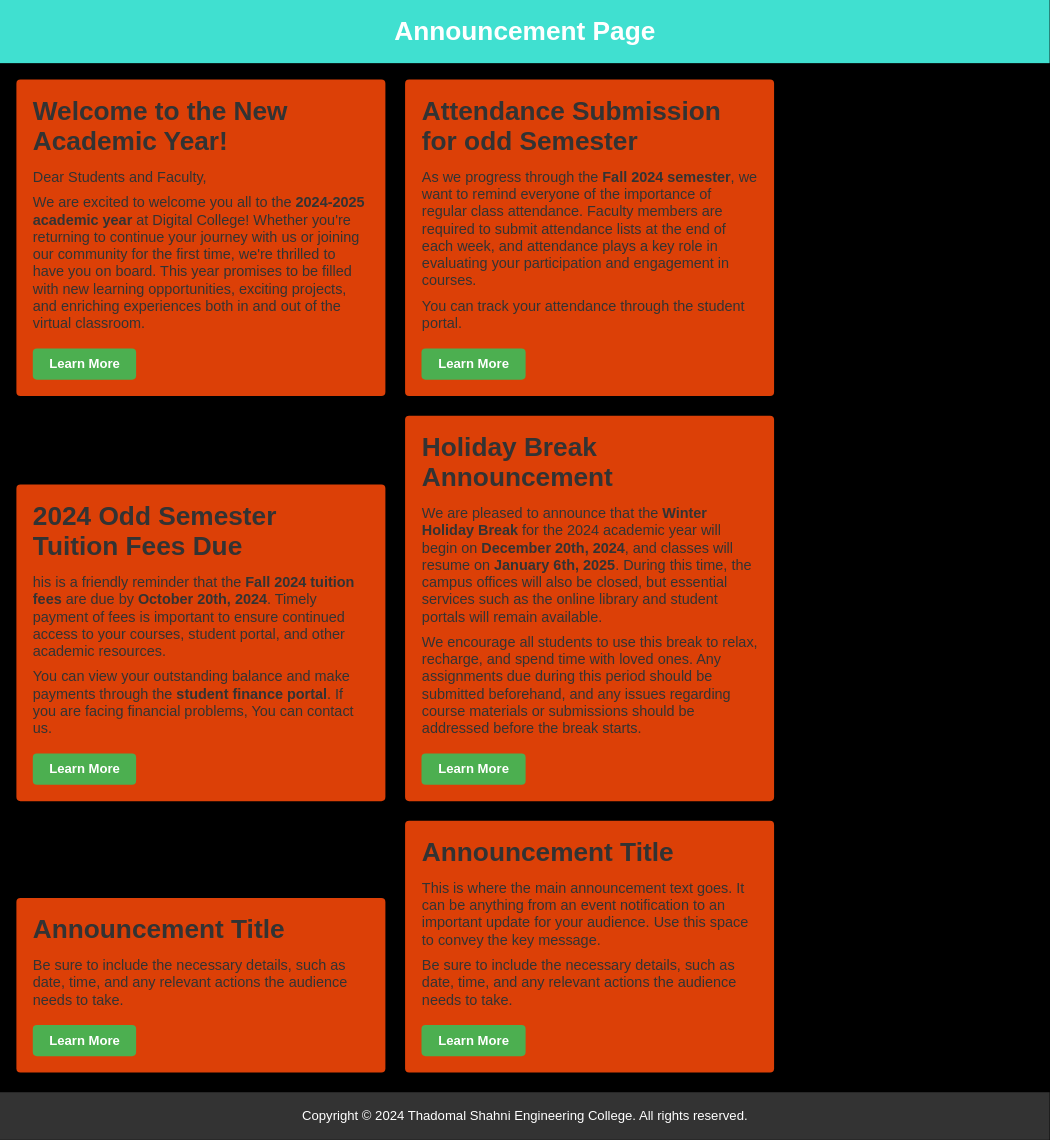
Repository: TejasS1233/MINITHON-hackathon-project
Page: annoucementpage.html
The author's editor kept a copy of each file at every save. The page is drawn from the files as they stood at one save, then again after the next save.
The browser window is 1280 px wide. The pictures show the whole page, at 82% of full size.

Above is the page before, as saved 2024-09-20 09:54:01.

### annoucementpage.html
<!DOCTYPE html>
<html lang="en">
<head>
    <meta charset="UTF-8">
    <meta name="viewport" content="width=device-width, initial-scale=1.0">
    <meta http-equiv="X-UA-Compatible" content="ie=edge">
    <title>Announcement Page</title>
    <link rel="stylesheet" href="styles.css">
</head>
<body>

    <div class = "announcement-heading">
        <h1>Announcement Page</h1>
    </div>

    <div class="announcement-grid">
    <div class="announcement">
        <h2>Welcome to the New Academic Year!</h2>
        <p>
            Dear Students and Faculty,
        </p>
        <p>
            We are excited to welcome you all to the <strong>2024-2025 academic year</strong> at Digital College!
        Whether you're returning to continue your journey with us or joining our community for the first time,
        we're thrilled to have you on board. This year promises to be filled with new learning opportunities,
        exciting projects, and enriching experiences both in and out of the virtual classroom.
        </p>
        <a href="#" class="cta-button">Learn More</a>
    </div>
    <div class="announcement">
        <h2>Attendance Submission for odd Semester</h2>
        <p>
            As we progress through the <strong>Fall 2024 semester</strong>, we want to remind everyone of the importance of
            regular class attendance. Faculty members are required to submit attendance lists at the end of each week,
            and attendance plays a key role in evaluating your participation and engagement in courses.
        </p>
        <p>
            You can track your attendance through the student portal.
        </p>
        <a href="#" class="cta-button">Learn More</a>
    </div>
    <div class="announcement">
        <h2>2024 Odd Semester Tuition Fees Due</h2>
        <p>
            his is a friendly reminder that the <strong>Fall 2024 tuition fees</strong> are due by <strong>October 20th, 2024</strong>.
            Timely payment of fees is important to ensure continued access to your courses, student portal, and other academic resources.
        </p>
        <p>
            You can view your outstanding balance and make payments through the <strong>student finance portal</strong>. If you are facing financial problems, You can contact us.
        </p>
        <a href="#" class="cta-button">Learn More</a>
    </div>
    <div class="announcement">
        <h2>Holiday Break Announcement</h2>
        <p>
            We are pleased to announce that the <strong>Winter Holiday Break</strong> for the 2024 academic year
        will begin on <strong>December 20th, 2024</strong>, and classes will resume on <strong>January 6th, 2025</strong>.
        During this time, the campus offices will also be closed, but essential services such as the online library
        and student portals will remain available.
        </p>
        <p>
            We encourage all students to use this break to relax, recharge, and spend time with loved ones.
        Any assignments due during this period should be submitted beforehand, and any issues regarding course materials
        or submissions should be addressed before the break starts.
        </p>
        <a href="#" class="cta-button">Learn More</a>
    </div>
    <div class="announcement">
        <h2>Announcement Title</h2>
        <p>

        </p>
        <p>
            Be sure to include the necessary details, such as date, time, and any relevant actions the
            audience needs to take.
        </p>
        <a href="#" class="cta-button">Learn More</a>
    </div>
    <div class="announcement">
        <h2>Announcement Title</h2>
        <p>
            This is where the main announcement text goes. It can be anything from an event notification to
            an important update for your audience. Use this space to convey the key message.
        </p>
        <p>
            Be sure to include the necessary details, such as date, time, and any relevant actions the
            audience needs to take.
        </p>
        <a href="#" class="cta-button">Learn More</a>
    </div>
</div>

    <footer>
        <p> Copyright &copy; 2024 Thadomal Shahni Engineering College. All rights reserved.</p>
    </footer>
</body>
</html>

### styles.css
* {
    margin: 0;
    padding: 0;
    box-sizing: border-box;
}

body {
    font-family: 'Arial', sans-serif;
    background-color: black;
    color: #333;
}


.announcement-heading {
    background-color: turquoise;
    color: white;
    padding: 20px 0;
    text-align: center;
    margin-bottom: 20px;
}

.class announcement-grid
{
    display: grid;
    grid-template-columns: repeat(auto-fit, minmax(450px, 1fr));
    gap: 20px;
    padding: 20px;
    margin-bottom: 20px;
    position: absolute;
}

.announcement {
    background-color: rgb(220, 64, 7);
    padding: 20px;
    border-radius: 5px;
    box-shadow: 0 2px 10px rgba(0, 0, 0, 0.5);
    margin-bottom: 20px;
    margin-left: 20px;
    max-width: 450px;
    display: inline-block;
    position: relative;
    overflow: hidden;
}

.announcement h2 {
    font-size: 2em;
    margin-bottom: 15px;
}

.announcement p {
    margin-bottom: 10px;
    font-size: 1.1em;
}

.cta-button {
    display: inline-block;
    background-color: #4CAF50;
    color: white;
    padding: 10px 20px;
    text-decoration: none;
    border-radius: 5px;
    margin-top: 10px;
    font-weight: bold;
    transition: background-color 1s;
}

.cta-button:hover {
    background-color: #45a049;
    cursor: pointer;
}


footer {
    text-align: center;
    padding: 20px 0;
    background-color: #333;
    color: white;
    position: relative;
    width: 100%;
    bottom: 0;
}

After the next save:
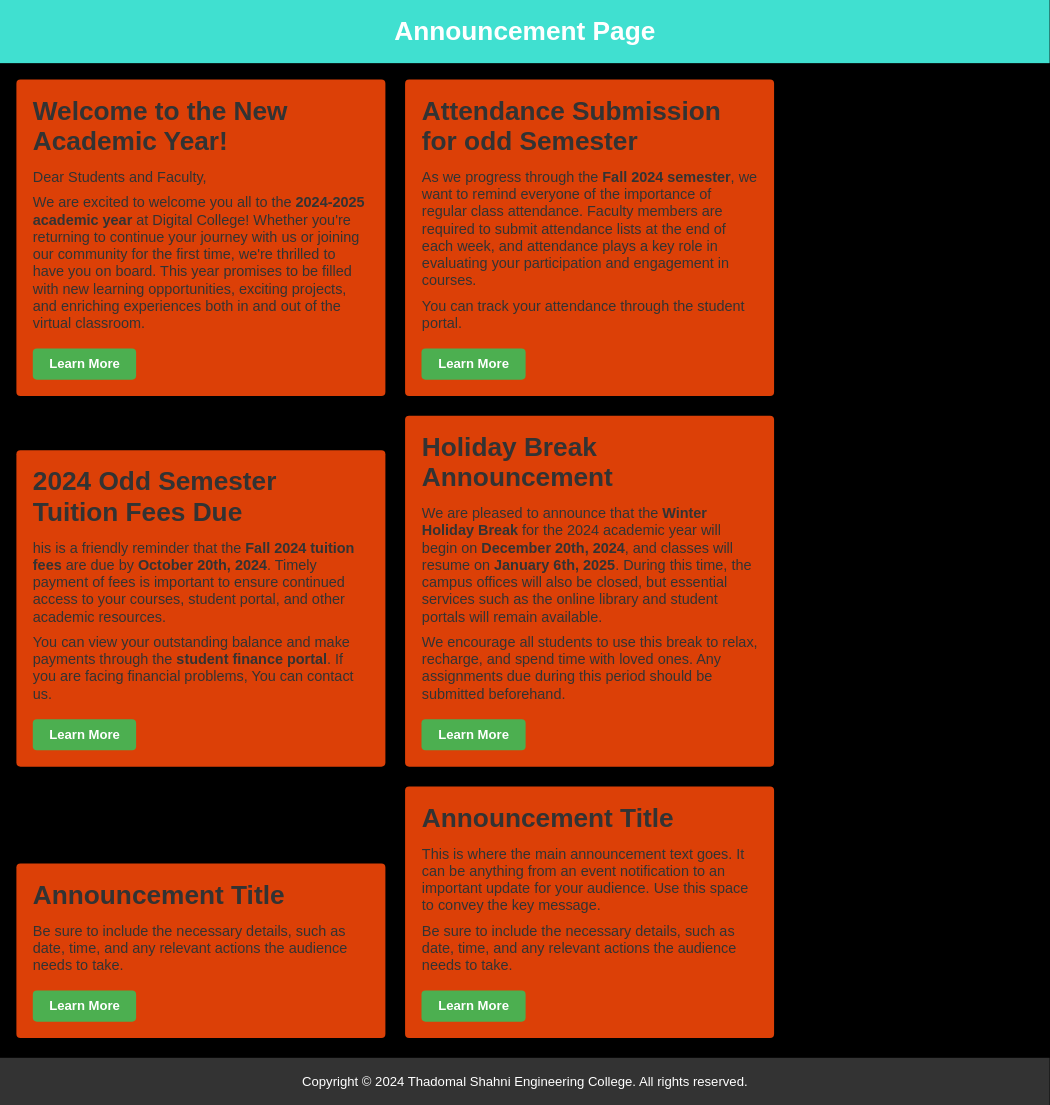
Saved 20 s later.
--- a/annoucementpage.html
+++ b/annoucementpage.html
@@ -60,8 +60,7 @@
         </p>
         <p>
             We encourage all students to use this break to relax, recharge, and spend time with loved ones.
-        Any assignments due during this period should be submitted beforehand, and any issues regarding course materials
-        or submissions should be addressed before the break starts.
+        Any assignments due during this period should be submitted beforehand.
         </p>
         <a href="#" class="cta-button">Learn More</a>
     </div>
